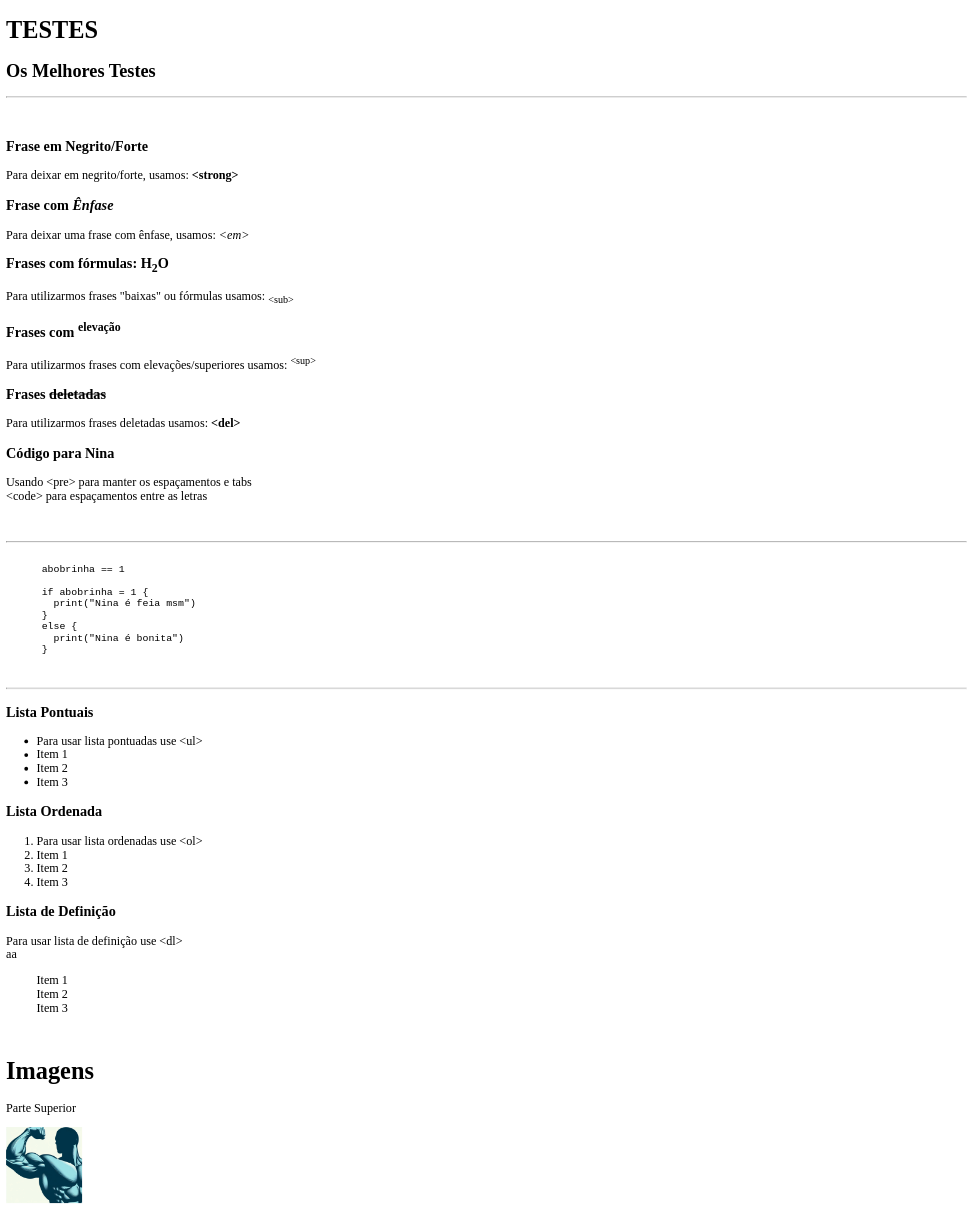
Repository: LuidyOn/Site_Forca_Total
Page: ForçaTotal/teste.html
These files come from the project's save history. The page is drawn as it stood at one moment and after a run of saves; the edit follows.
The browser window is 1280 px wide. The pictures show the whole page, at 76% of full size.

Above is the page before, as saved 2025-05-15 14:07:24.

### ForçaTotal/teste.html
<!DOCTYPE html>
<html lang="pt-br">
<head>
  <meta charset="UTF-8">
  <meta name="viewport" content="width=device-width, initial-scale=1.0">
  <link rel="shortcut icon" href="img/icons/logo.ico" type="image/x-icon">
  <title>Testes Força total</title>
</head>
<body>
  <h1>TESTES</h1>
  <h2>Os Melhores Testes</h2>

  <hr>

  <p><br></p>

  <h3>Frase em <strong>Negrito/Forte</strong></h3>
  <p>Para deixar em negrito/forte, usamos: <strong>&lt;strong&gt;</strong></p>

  <h3>Frase com <em>Ênfase</em></h3>
  <p>Para deixar uma frase com ênfase, usamos: <em>&lt;em&gt;</em></p>

  <h3>Frases com fórmulas: H<sub>2</sub>O</h3>
  <p>Para utilizarmos frases "baixas" ou fórmulas usamos: <sub>&lt;sub&gt;</sub></p>

  <h3>Frases com <sup>elevação</sup></h3>
  <p>Para utilizarmos frases com elevações/superiores usamos: <sup>&lt;sup&gt;</sup></p>

  <h3>Frases <del>deletadas</del></h3>
  <p>Para utilizarmos frases deletadas usamos: <strong>&lt;del&gt;</strong></p>

  <h3>Código para Nina</h3>
  <p>Usando &lt;pre&gt; para manter os espaçamentos e tabs <br> &lt;code&gt; para espaçamentos entre as letras</p>

  <p><br></p>

  <hr>

  <pre>
    <code>
      abobrinha == 1

      if abobrinha = 1 {
        print("Nina é feia msm")
      }
      else {
        print("Nina é bonita")
      }
    </code>
  </pre>
  <hr>

  <h3>Lista Pontuais</h3>
  <ul>
    <li>Para usar lista pontuadas use &lt;ul&gt;</li>
    <li>Item 1</li>
    <li>Item 2</li>
    <li>Item 3</li>
  </ul>

  <h3>Lista Ordenada</h3>
  <ol>
    <li>Para usar lista ordenadas use &lt;ol&gt;</li>
    <li>Item 1</li>
    <li>Item 2</li>
    <li>Item 3</li>
  </ol>

  <h3>Lista de Definição</h3>
  <dl>
    <dt>Para usar lista de definição use &lt;dl&gt;</dt>
    <dt>
      aa
    </dl>
    <dd>Item 1</dd>
    <dd>Item 2</dd>
    <dd>Item 3</dd>

  <p><br></p>

  <h1>Imagens</h1>
  <p>Parte Superior</p>
  <img src="img/parteSerior.png" alt="parte superior" style="width: 100px; height: 100px;">
</body>
</html>

After the next 3 saves:
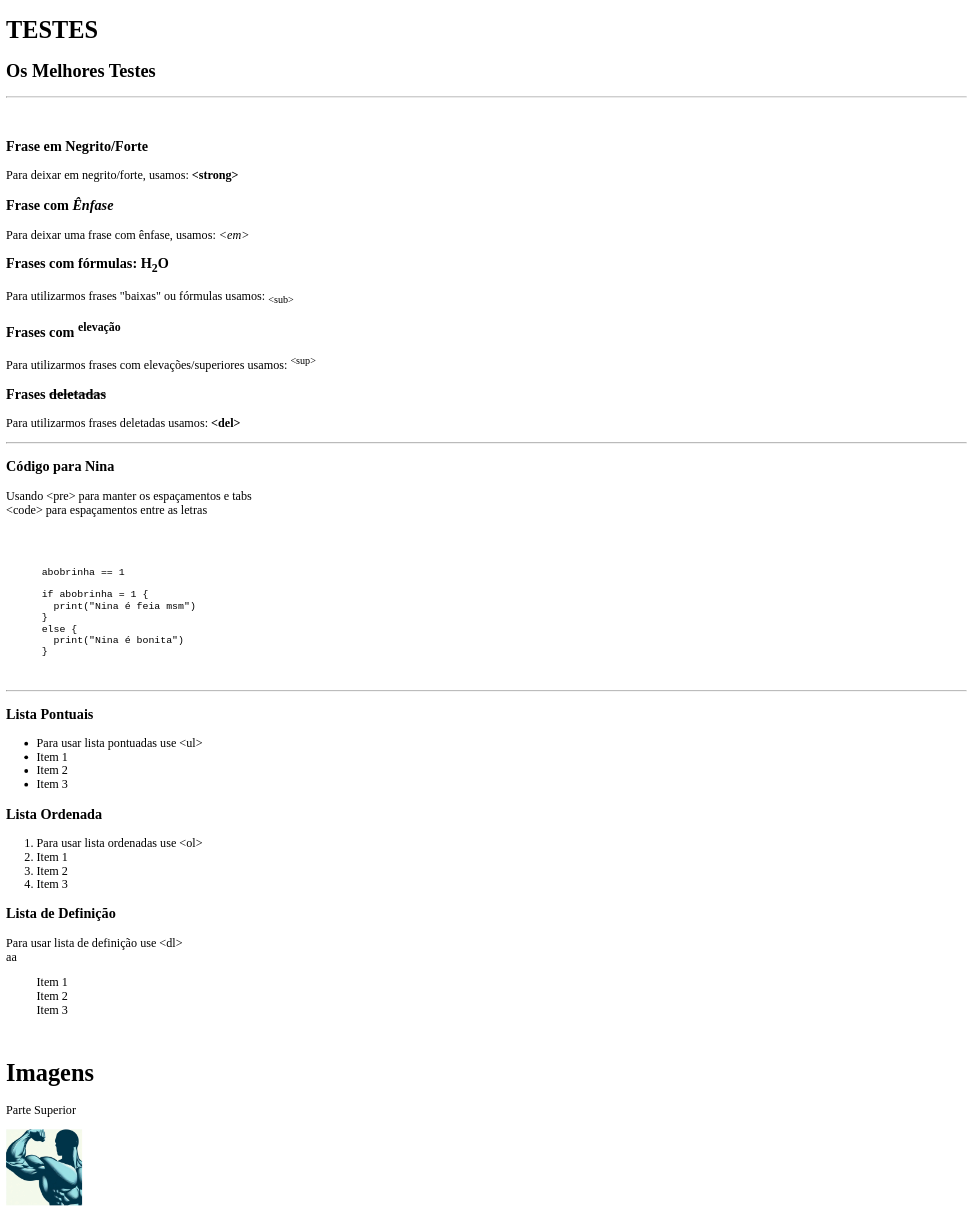
The 3 saves are shown as one change because they came seconds apart.
The last was saved 13 s later.
--- a/ForçaTotal/teste.html
+++ b/ForçaTotal/teste.html
@@ -29,12 +29,13 @@
   <h3>Frases <del>deletadas</del></h3>
   <p>Para utilizarmos frases deletadas usamos: <strong>&lt;del&gt;</strong></p>
 
+  <hr>
+
   <h3>Código para Nina</h3>
   <p>Usando &lt;pre&gt; para manter os espaçamentos e tabs <br> &lt;code&gt; para espaçamentos entre as letras</p>
 
   <p><br></p>
 
-  <hr>
 
   <pre>
     <code>
